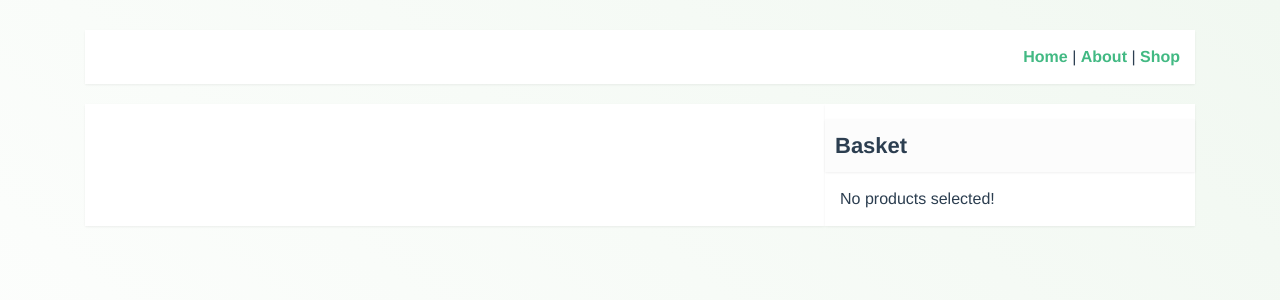
Repository: ramcd86/vuetest
Page: /#/shop
These files come from the project's save history. The page is drawn as it stood at one moment and after the next save; the edit follows.
The browser window is 1280 px wide. The pictures show the whole page.
Some web libraries are served in a nearby version. The project was rebuilt for these pictures with package versions that can differ from the ones it lists, and the page was loaded fresh each time. Requests to the local data server were answered from the project's data file. Also part of the build but not shown: src/components/HelloWorld.vue, src/views/Home.vue.

Above is the page before, as saved 2019-07-08 14:46:19.

After the next save:
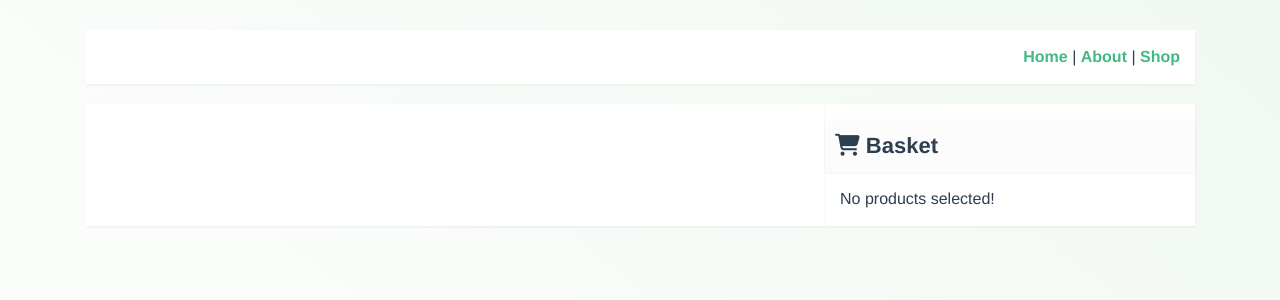
Saved 57 s later.
--- a/src/components/ProductList.vue
+++ b/src/components/ProductList.vue
@@ -4,7 +4,7 @@
     <div class="row">
         <div class="col-12">
         <div class="row">
-                <div class="col-12 header">See our range of Shirts!</div>
+                <div class="col-12 header"><i class="fas fa-shopping-cart"></i> See our range of Shirts!</div>
                 <div class="col-4 clothing-item" v-for="item in products.shirts" v-bind:key="item.id">
 
                     <div class="col-12 text-center"><i class="fab fa-shirtsinbulk"></i></div>
--- a/src/components/CheckoutStageOne.vue
+++ b/src/components/CheckoutStageOne.vue
@@ -1,7 +1,7 @@
 <template>
     <div class="row">
         <div class="col-12 header">
-            Basket
+            <i class="fas fa-shopping-cart"></i> Basket
         </div>
         <div v-if="!selectedProducts" class="col-12">
             <span class="checkout-item">No products selected!</span>
